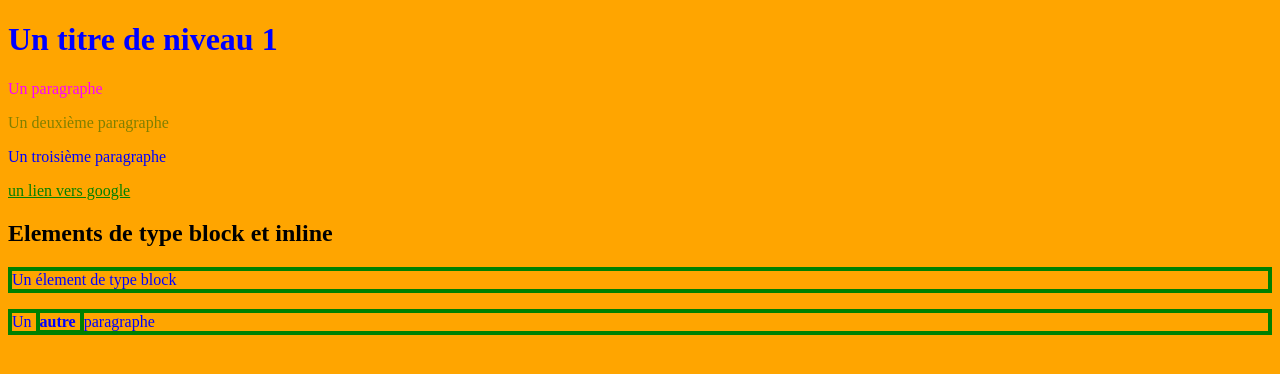
Repository: serviceshuios/Git-Aix-Web
Page: bases-html-css/WebContent/index.html
These files come from the project's save history. The page is drawn as it stood at one moment and after the next save; the edit follows.
The browser window is 1280 px wide. The pictures show the whole page.

Above is the page before, as saved 2018-10-22 14:38:56.

After the next save:
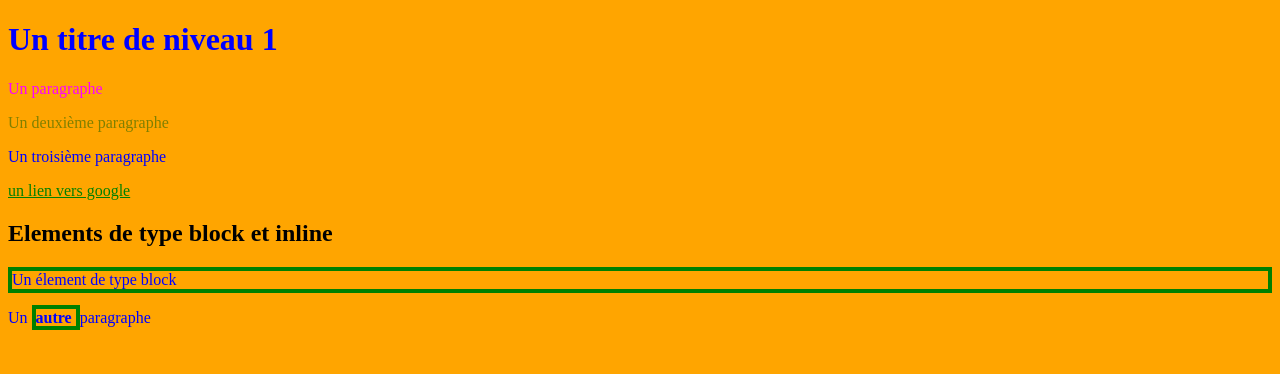
Saved 12 s later.
--- a/bases-html-css/WebContent/index.html
+++ b/bases-html-css/WebContent/index.html
@@ -13,6 +13,6 @@
 		<a href="http://www.google.fr">un lien vers google</a>
 		<h2>Elements de type block et inline</h2>
 		<p class="bord"> Un élement de type block</p>
-		<p class="bord"> Un <strong> autre </strong> paragraphe</p>
+		<p> Un <strong> autre </strong> paragraphe</p>
 	</body>
 </html>
